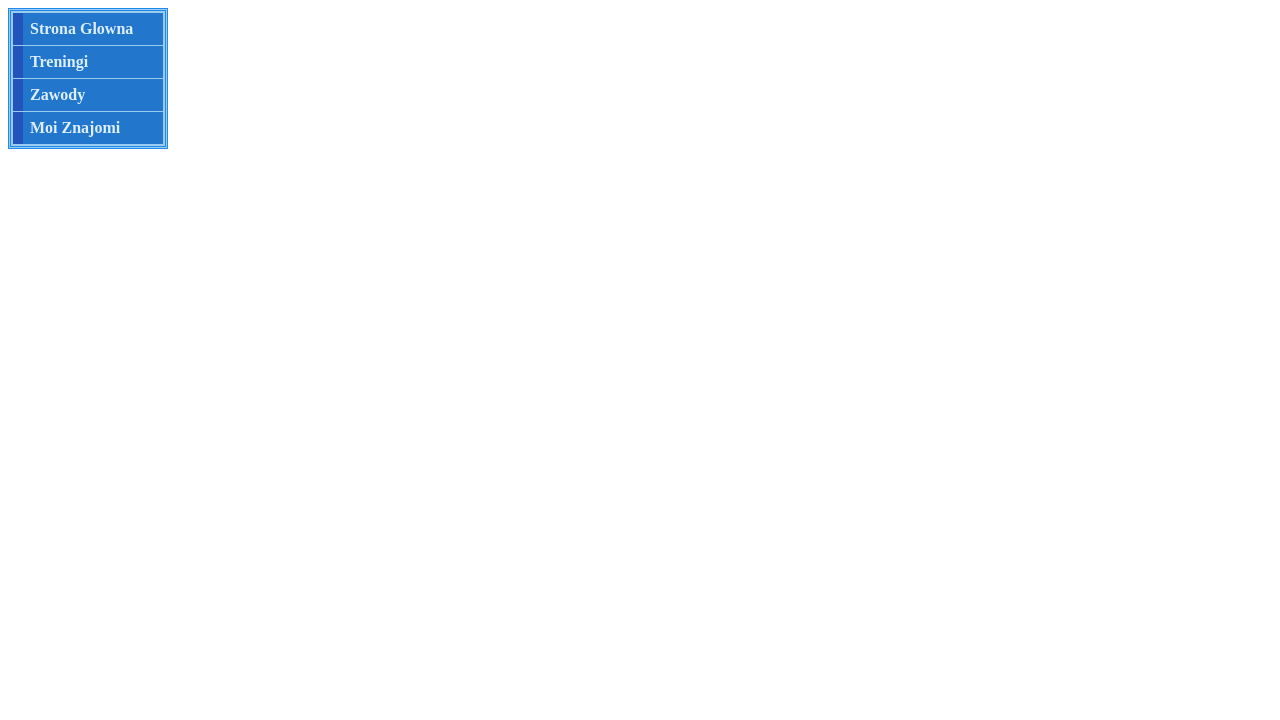
Repository: zlenyk/wrzucak
Page: http://localhost/Shop/UserSite.jsp
The author's editor kept a copy of each file at every save. The page is drawn from the files as they stood at one save, then again after the next save.
The browser window is 1280 px wide. The pictures show the whole page.
The page is served by Tomcat 9.

Above is the page before, as saved 2013-09-24 10:00:05.

### Shop/WebContent/UserSite.jsp
<%@ page language="java" contentType="text/html; charset=ISO-8859-1"
    pageEncoding="ISO-8859-1"%>
<!DOCTYPE html PUBLIC "-//W3C//DTD HTML 4.01 Transitional//EN" "http://www.w3.org/TR/html4/loose.dtd">
<html>
	<head>
		<meta http-equiv="Content-Type" content="text/html; charset=ISO-8859-1">
		<link rel="Stylesheet" type="text/css" href="style.css" />
		<title>User Site</title>
	</head>
		<frameset cols="190,*" border="1" frameborder="1" framespacing="1">
  			<frame name="spis" noresize="noresize" frameborder="0" src="UserMenu.jsp" />
  			<frame name="strona" noresize="noresize" frameborder="0" src="home.html" />
  			<noframes><body><a href="UserMenu.jsp">Menu</a></body></noframes>
		</frameset>
</html>

### Shop/WebContent/style.css
@CHARSET "UTF-8";
.back
{
	background-color:#b0c4de;
	background-image:url('images/running_background.jpg');
	background-color:#b0c4de;
}
ul, ul li {
	display: block;
	list-style: none;
	margin: 0;
	padding: 0;
}

ul {
	width: 150px;
	padding: 2px 2px 1px 2px;
	background-color: #9ce;
	border: 3px double #28e;
}

ul li {
	border-bottom: 1px solid #9ce;
}

ul a:link, ul a:visited {
	display: block;
	width: 126px;
	text-decoration: none;
	padding: 7px;
	font-weight: bold;
	background-color: #27c;
	color: #def;
	border-left: 10px solid #25b;
}

ul a:hover {
	width: 136px;
	background-color: #28e;
	color: #fff;
	border-left: 20px solid #26d;
}
.box
{
	font-family: "Lucida Sans Unicode", "Lucida Grande", Sans-Serif;
	font-size: 12px;
	margin: 45px;
	width: 480px;
	text-align: left;
	border-collapse: collapse;
}
.box th
{
	font-size: 13px;
	font-weight: normal;
	padding: 8px;
	background: #b9c9fe;
	border-top: 4px solid #aabcfe;
	border-bottom: 1px solid #fff;
	color: #039;
}
.box td
{
	padding: 8px;
	background: #e8edff;
	border-bottom: 1px solid #fff;
	color: #669;
	border-top: 1px solid transparent;
}
.box tr:hover td
{
	background: #d0dafd;
	color: #339;
}

### Shop/WebContent/UserMenu.jsp
<%@ page language="java" contentType="text/html; charset=ISO-8859-1"
    pageEncoding="ISO-8859-1"%>
<!DOCTYPE html PUBLIC "-//W3C//DTD HTML 4.01 Transitional//EN" "http://www.w3.org/TR/html4/loose.dtd">
<html>
<head>
	<meta http-equiv="Content-Type" content="text/html; charset=ISO-8859-1">
	<title>Insert title here</title>
	<link rel="Stylesheet" type="text/css" href="style.css" />
</head>
<body>
	<ul class="menu_pionowe">
		<li><a target = strona href="http://localhost:8080/Shop/home.html">Strona Glowna</a></li>
		<li><a target = strona href="http://localhost:8080/Shop/Trainings">Treningi</a></li>
		<li><a target = strona href="http://localhost:8080/Shop/Events">Zawody</a></li>
		<li><a target = strona href="http://localhost:8080/Shop/friends.html">Moi Znajomi</a></li>
	</ul>
</body>
</html>

Loaded but not shown: Shop/WebContent/home.html (common file)

After the next save:
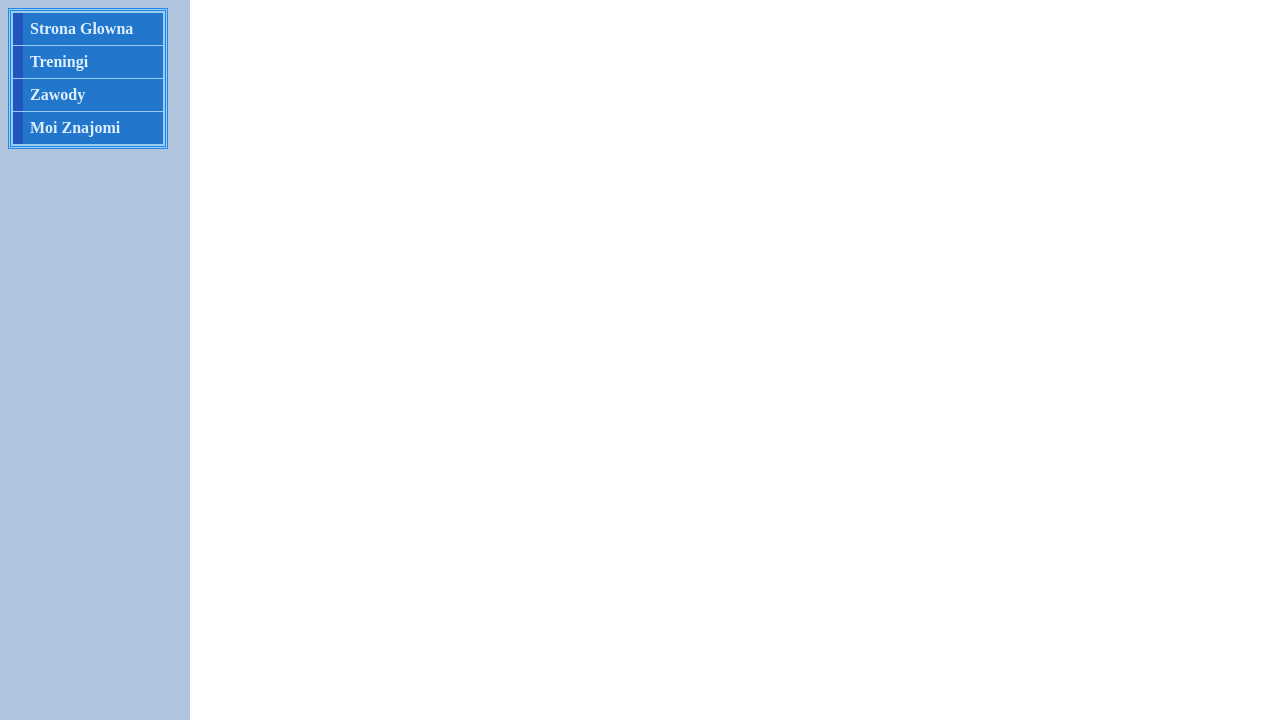
Saved 79 s later.
--- a/Shop/WebContent/style.css
+++ b/Shop/WebContent/style.css
@@ -1,4 +1,5 @@
 @CHARSET "UTF-8";
+ body {background-color:#b0c4de;}
 .back
 {
 	background-color:#b0c4de;
